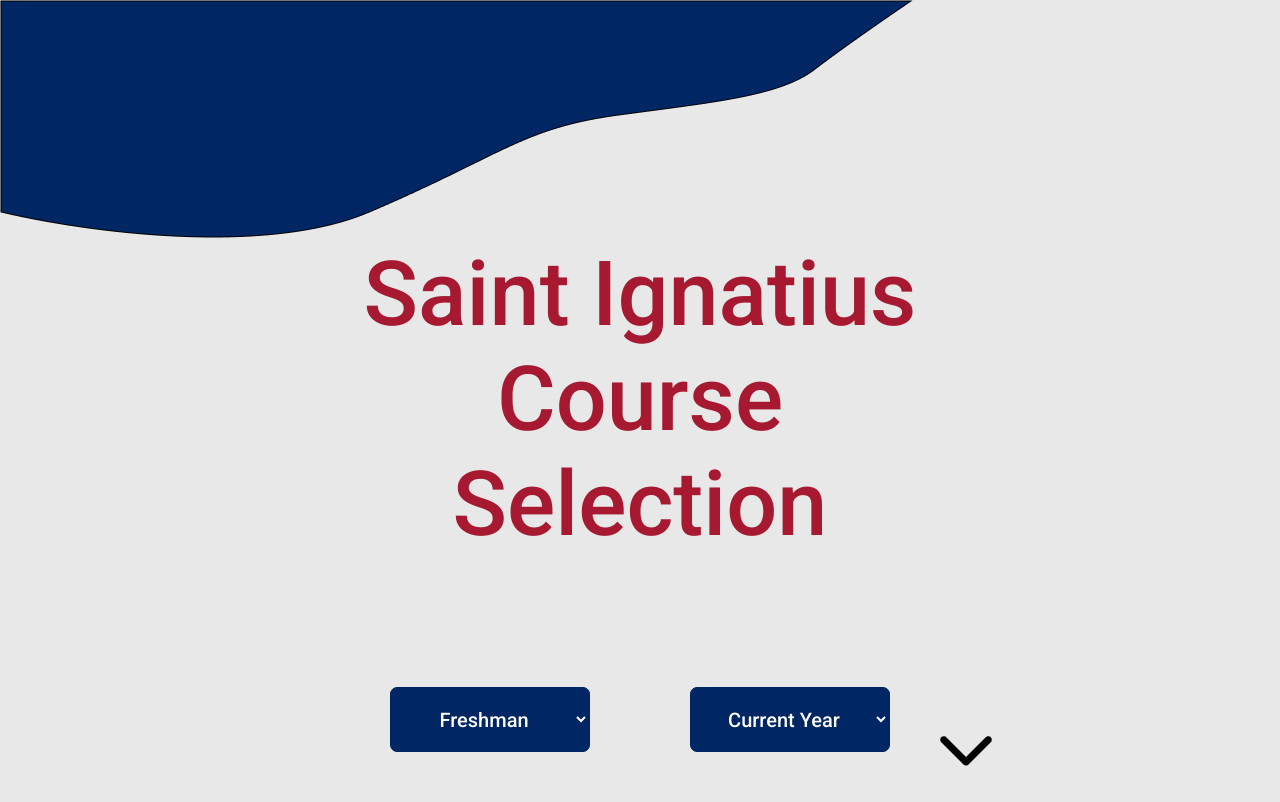
Repository: BuddyBob/si_course_selection
Page: /
An editor plug-in stored every save of this project. The page is shown before and after the next save, followed by the edit.
The browser window is 1280 px wide. The pictures show the whole page.
The project was rebuilt for these pictures with package versions that can differ from the ones it lists, and the page was loaded fresh each time.

Above is the page before, as saved 2022-12-29 12:59:40.

After the next save:
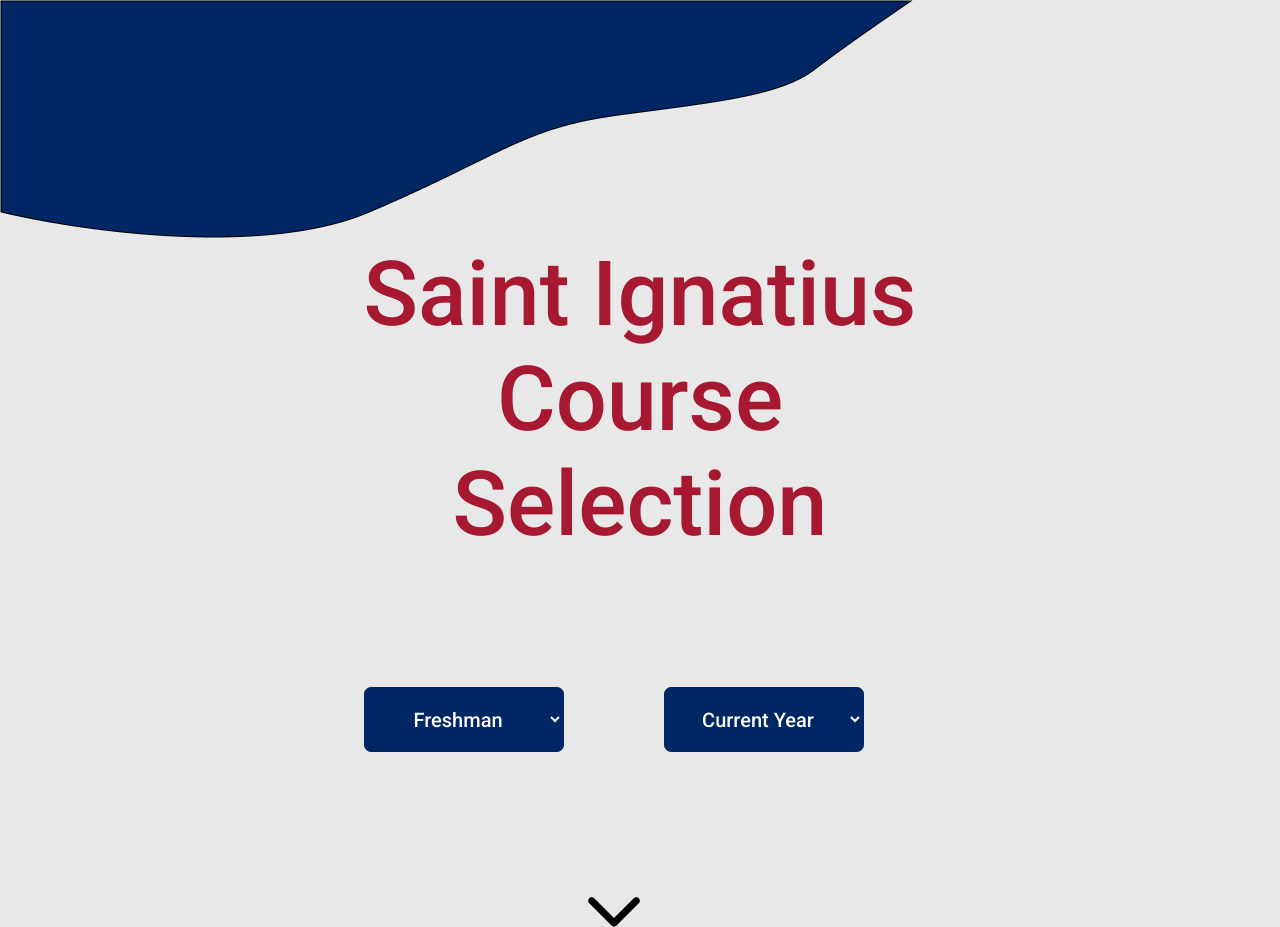
Saved 58 s later.
--- a/src/index.css
+++ b/src/index.css
@@ -86,20 +86,19 @@
 }
 
 .arrow5{
-  position: absolute;
-  z-index: 3;
-  color:var(--secondary);
-  cursor: pointer;
-  top:60%
+  justify-content: center;
+  align-items: center;
+  position: relative;
+  right: 50%;
+  top:200px;
 }
 
-/* arrow animation */
 
-.arrow5:hover{
-  animation: arrow1 2s infinite;
-  color: var(--secondary);
+.arrow:hover{
+  animation: arrow1 1s infinite;
 
 }
+
 
 .bounce {
   animation: bounce 3s infinite;
